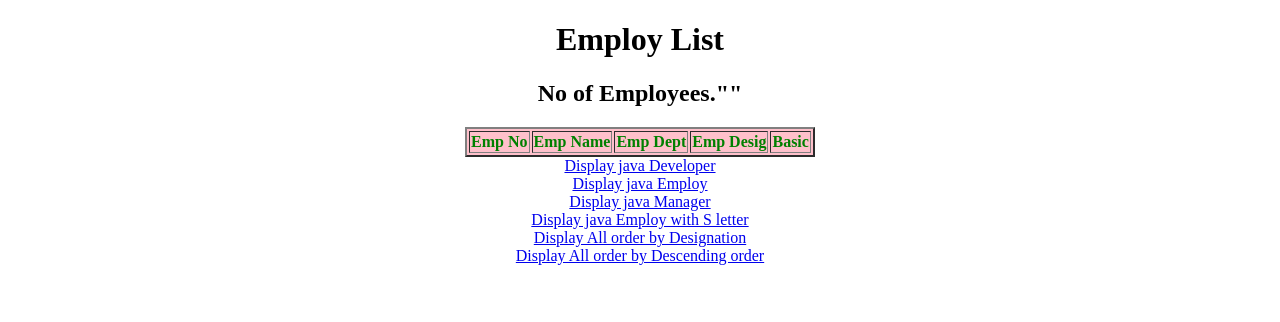
Repository: 1919satya/documents1-2
Page: http://localhost/springData/WEB-INF/views/home.jsp
The author's editor kept a copy of each file at every save. The page is drawn from the files as they stood at one save, then again after the next save.
The browser window is 1280 px wide. The pictures show the whole page.
The page is served by Tomcat 9. Nobody is signed in. Other server files are loaded and not shown. The template is opened directly, without the code that normally fills it, so the values that code supplies are empty.

Above is the page before, as saved 2019-10-16 04:05:19.

### AdvanceSpring/springData/src/main/webapp/WEB-INF/views/home.jsp
<%@page contentType="text/html" pageEncoding="UTF-8"%>
<!DOCTYPE HTML PUBLIC "-//W3C//DTD HTML 4.01 Transitional//EN"
   "http://www.w3.org/TR/html4/loose.dtd">
<%@ taglib uri="http://java.sun.com/jsp/jstl/core" prefix="c"%>
<%@ taglib uri="http://www.springframework.org/tags/form" prefix="form"%>
<html>
<head>
<meta http-equiv="Content-Type" content="text/html; charset=ISO-8859-1">
<title>Insert title here</title>
</head>
<body>
	<div align="center">
		<h1>Employ List</h1>
		<h2>No of Employees."${listEmploy.size()}"</h2>
		<table border=2, bgcolor="pink">

			<th style="color: green">Emp No</th>
			<th style="color: green">Emp Name</th>
			<th style="color: green">Emp Dept</th>
			<th style="color: green">Emp Desig</th>
			<th style="color: green">Basic</th>

			<c:forEach var="emp" items="${listEmploy}">
				<tr>
					<td>${emp.empno}</td>
					<td>${emp.name}</td>
					<td>${emp.dept}</td>
					<td>${emp.desig}</td>
					<td>${emp.basic}</td>
				</tr>
			</c:forEach>
		</table>
		<a href="/displayjavadeveloper" />Display java Developer </a></br>
		<a href="/displayjavaemploy" />Display java Employ </a></br>
		<a href="/displayjavamanager" />Display java Manager </a></br>
		<a href="/displayjavawithS" />Display java Employ with S letter </a></br>
		<a href="/displayAllSortByDesign" />Display All order by Designation </a></br>
		<a href="/displayAllSortByDescending" />Display All order by Descending order </a></br>
	</div>

</body>
</html>

After the next save:
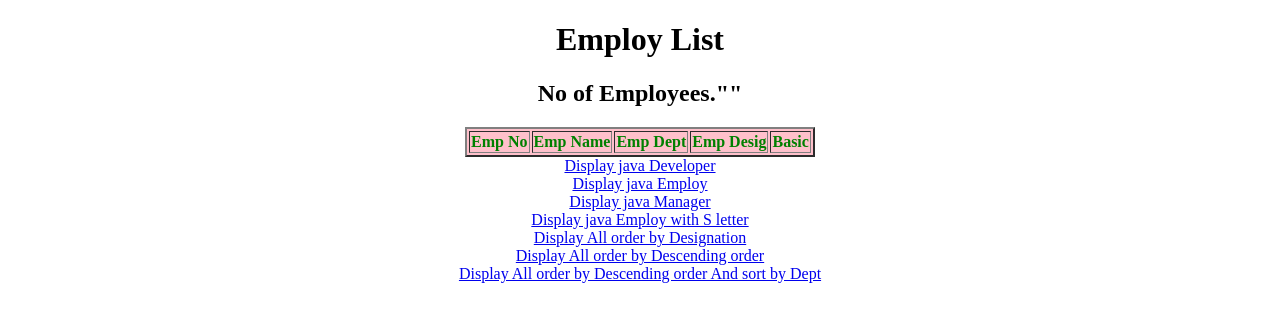
Saved 8 min 54 s later.
--- a/AdvanceSpring/springData/src/main/webapp/WEB-INF/views/home.jsp
+++ b/AdvanceSpring/springData/src/main/webapp/WEB-INF/views/home.jsp
@@ -36,6 +36,7 @@
 		<a href="/displayjavawithS" />Display java Employ with S letter </a></br>
 		<a href="/displayAllSortByDesign" />Display All order by Designation </a></br>
 		<a href="/displayAllSortByDescending" />Display All order by Descending order </a></br>
+		<a href="/displayAllSortByDescendingAndsortbydept" />Display All order by Descending order And sort by Dept </a></br>
 	</div>
 
 </body>
